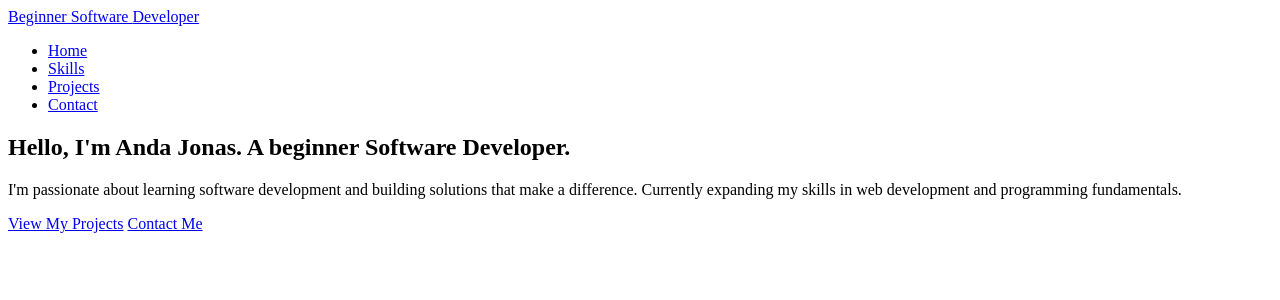
Repository: andajonas/ANDJON25111_fto2505_A_Anda-Jonas_CDV05
Page: index.html
An editor plug-in stored every save of this project. The page is shown before and after a run of saves, followed by the edit.
The browser window is 1280 px wide. The pictures show the whole page.

Above is the page before, as saved 2025-09-19 16:45:56.

### index.html
<!DOCTYPE html>
<html lang="en">
<head>
    <meta charset="UTF-8">
    <meta name="viewport" content="width=device-width, initial-scale=1.0">
    <title>Anda Jonas| Developer Portfolio </title>

</head>
<body>
    <!-- Header and Navigation -->
     <header>
        <div class="container">
            <nav>
                <a href="#" class="logo">Beginner Software <span>Developer</span></a>
                <ul class="nav-links">
                    <li><a href="#home">Home</a></li>
                    <li><a href="#skills">Skills</a></li>
                    <li><a href="#projects">Projects</a></li>
                    <li><a href="#contact">Contact</a></li>
                </ul>
            </nav>
        </div>
    </header>

    <!-- Hero Section -->
     <section id="home" class="hero">
        <div class="container">
            <div class="hero-content">
                <div class="hero-text">
                    <h1>Hello, I'm Anda Jonas.<span> A beginner Software Developer.</span></h1>
                    <p>I'm passionate about learning software development and building solutions that make a difference. Currently expanding my skills in web development and programming fundamentals.</p>
                    <div class="hero-btns">
                        <a href="#projects" class="btn">View My Projects</a>
                        <a href="#contact" class="btn btn-outline">Contact Me</a>
                    </div>
                </div>
                <div
            </div>
        </div>
     </section>

After the next 2 saves:
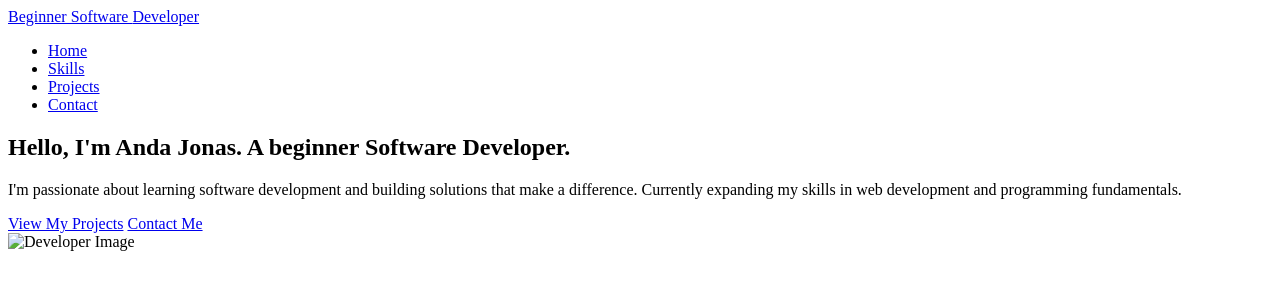
Not found: images/developer.png
The 2 saves are shown as one change because they came seconds apart.
The last was saved 10 s later.
--- a/index.html
+++ b/index.html
@@ -34,7 +34,8 @@
                         <a href="#contact" class="btn btn-outline">Contact Me</a>
                     </div>
                 </div>
-                <div
+                <div class="hero-image">
+                    <img src="images/developer.png" alt="Developer Image">
             </div>
         </div>
      </section>
